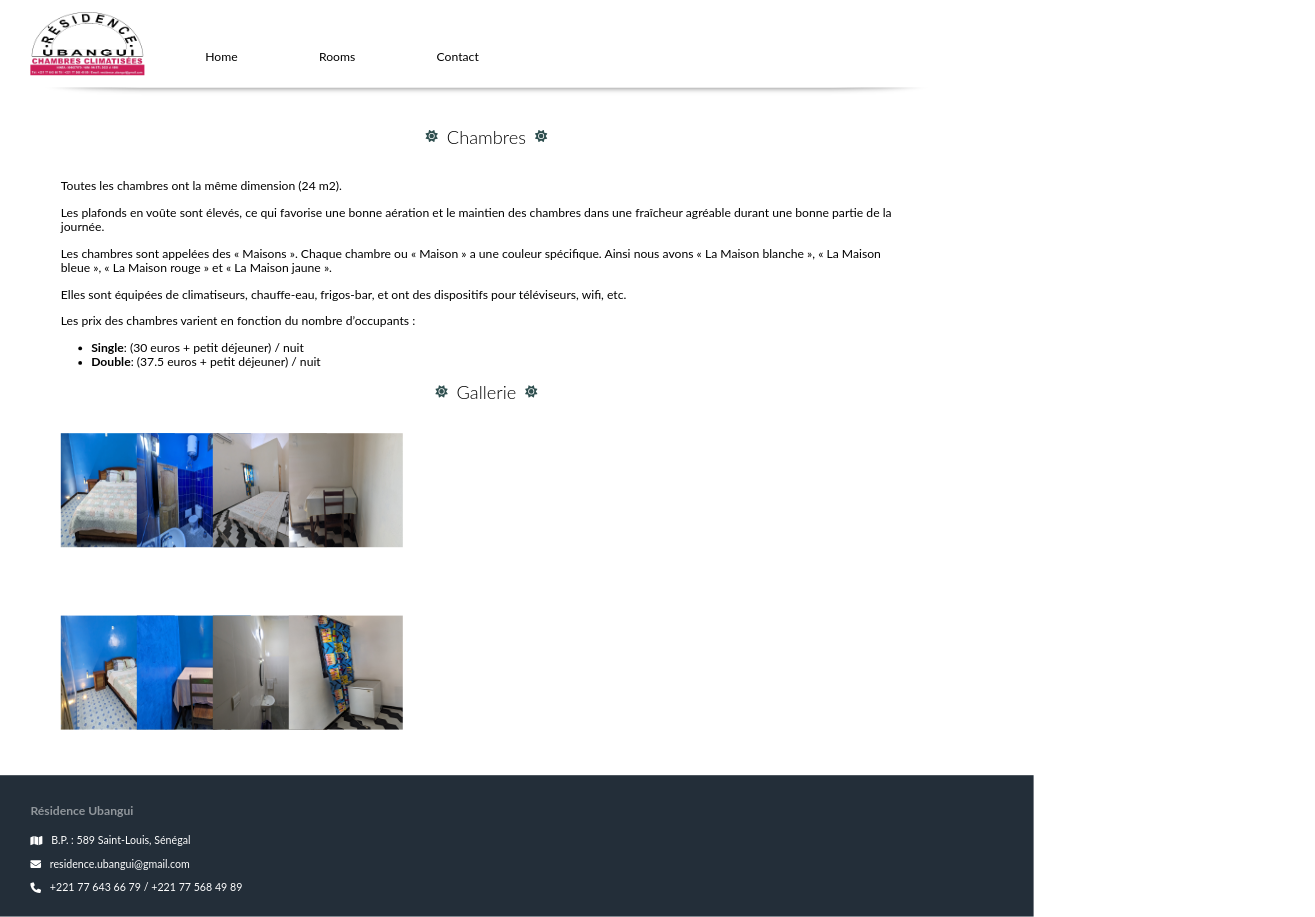
Repository: Nedjim/ubangui
Page: /rooms
An editor plug-in stored every save of this project. The page is shown before and after a run of saves, followed by the edit.
The browser window is 1280 px wide. The page is 1360 px wide, then 1730 px, so the pictures cover 1730 px, including what lies to the right of the window. The pictures show the whole page, at 76% of full size.
The project was rebuilt for these pictures with package versions that can differ from the ones it lists, and the page was loaded fresh each time. The framework's server and built-in components were replaced by stand-ins that run in the browser. Also part of the build but not shown: nuxt.config.ts, components/Carousel.vue, components/Test.vue, components/Title.vue.

Above is the page before, as saved 2024-01-14 14:08:35.

### components/Footer.vue
<script setup lang="ts">
const address = "B.P. : 589 Saint-Louis, Sénégal";
const mail = "residence.ubangui@gmail.com";
const phone_number = "+221 77 643 66 79 / +221 77 568 49 89";
</script>

<template>
  <div>
    <footer>
      <h4>Résidence Ubangui</h4>

      <div class="contact">
        <p>
          <font-awesome-icon class="icon" icon="fa-solid fa-map" />
          {{ address }}
        </p>
        <p>
          <font-awesome-icon class="icon" icon="fa-solid fa-envelope" />

          {{ mail }}
        </p>
        <p>
          <font-awesome-icon class="icon" icon="fa-solid fa-phone" />
          {{ phone_number }}
        </p>
      </div>
    </footer>
  </div>
</template>

<style scoped lang="scss">
footer {
  width: 100%;
  padding: 16px 40px;
  margin-top: 80px;
  background: #232e39;
  color: rgba(255, 255, 255, 0.5);

  .contact {
    color: white;
    font-size: 14px;

    .icon {
      margin-right: 8px;
    }
  }
}
</style>

### components/Header.vue
<template>
  <header>
    <nav>
      <img class="logo" src="~/assets/img/logo.jpg" alt="logo-ubangui" />
      <ul>
        <li><NuxtLink to="/home">Home</NuxtLink></li>
        <li><NuxtLink to="/rooms">Rooms</NuxtLink></li>
        <li><NuxtLink to="/contact">Contact</NuxtLink></li>
      </ul>
    </nav>
  </header>
</template>

<style scoped lang="scss">
.logo {
  width: 150px;
}

header {
  padding: 16px 40px;
}

nav {
  display: flex;
  ul {
    width: 30%;
    display: flex;
    justify-content: space-between;
    align-items: flex-end;
    margin-left: 40px;
    li {
      list-style-type: none;
      a {
        text-decoration: none;
        color: black;
      }
    }
  }
}
</style>

### components/PageTitle.vue
<script setup lang="ts">
const {title} = defineProps<{
  title: string
}>()
</script>

<template>
  <div class="title-wrapper">
    <font-awesome-icon class="icon" icon="fa-solid fa-sun" />
    <h2>{{ title }}</h2>
    <font-awesome-icon class="icon" icon="fa-solid fa-sun" />
  </div>
</template>

<style scoped lang="scss">

.title-wrapper {
  display: flex;
  justify-content: center;
  align-items: center;

  h2 {
    margin: 0 12px;
  }
}
.icon {
  color: darkslategray;
}
</style>

### components/Separator.vue
<template>
    <div>
        <div class="separator"></div>
    </div>
</template>

<style scoped lang="scss">
.separator {
  overflow: hidden;
  height: 20px;
}

.separator:after {
  content: '';
  display: block;
  width: 90%;
  height: 30px;
  margin: -30px auto 0;
  border-radius: 120px / 10px;
  box-shadow: 0px 0px 8px rgba(0,0,0,.6);
}
</style>

### plugins/fontawesome.js
import { library, config } from '@fortawesome/fontawesome-svg-core'
import { FontAwesomeIcon } from '@fortawesome/vue-fontawesome'
import { fas } from '@fortawesome/free-solid-svg-icons'

// This is important, we are going to let Nuxt worry about the CSS
config.autoAddCss = false

// You can add your icons directly in this plugin. See other examples for how you
// can add other styles or just individual icons.
library.add(fas)

export default defineNuxtPlugin((nuxtApp) => {
  nuxtApp.vueApp.component('font-awesome-icon', FontAwesomeIcon, {})
})

### app.vue
<script setup lang="ts">
useHead({
  title: "Residence Ubangui",
  meta: [{ name: "Residence Ubangui", content: "Sénégal" }],
  bodyAttrs: {
    class: "test",
  },
});
</script>
<template>
  <div>
    <Header />
    <Separator />
    <NuxtPage />
    <Footer />
  </div>
</template>

<style lang="scss">
body {
  font-family: Lato,sans-serif;
  margin: 0;

  h2 {
    font-weight: 300;
  }
}
</style>

### pages/rooms.vue
<script setup lang="ts">
const conversion_cfa_euros = 0.0015;
const room_single_cfa = 20000;
const room_double_cfa = 25000;
const room_single_euros = `${room_single_cfa * conversion_cfa_euros} euros`;
const room_double_euros = `${room_double_cfa * conversion_cfa_euros} euros`;

const rooms_paragraph_1 = "Toutes les chambres ont la même dimension (24 m2).";
const rooms_paragraph_2 =
  "Les plafonds en voûte sont élevés, ce qui favorise une bonne aération et le maintien des chambres dans une fraîcheur agréable durant une bonne partie de la journée.";
const rooms_paragraph_3 =
  "Les chambres sont appelées des « Maisons ». Chaque chambre ou « Maison » a une couleur spécifique. Ainsi nous avons « La  Maison blanche », « La Maison bleue », « La Maison rouge » et « La Maison jaune ».";
const rooms_paragraph_4 =
  "Elles sont équipées de climatiseurs, chauffe-eau, frigos-bar,  et ont des dispositifs  pour téléviseurs, wifi, etc.";
const rooms_paragraph_5 =
  "Les prix des chambres varient en fonction du nombre  d’occupants :";

const room_single_title = "Single";
const room_single_details = `(${room_single_euros} + petit déjeuner) / nuit`;
const room_double_title = "Double";
const room_double_details = `(${room_double_euros} + petit déjeuner) / nuit`;
</script>

<template>
  <div class="rooms-wrapper">
    <PageTitle title="Chambres" />
    <div class="content">
      <p>{{ rooms_paragraph_1 }}</p>
      <p>{{ rooms_paragraph_2 }}</p>
      <p>{{ rooms_paragraph_3 }}</p>
      <p>{{ rooms_paragraph_4 }}</p>
      <p>{{ rooms_paragraph_5 }}</p>

      <ul>
        <li>
          <span class="room_title">{{ room_single_title }}</span
          >: {{ room_single_details }}
        </li>
        <li>
          <span class="room_title">{{ room_double_title }}</span
          >: {{ room_double_details }}
        </li>
      </ul>

      <PageTitle title="Gallerie" />
      <div class="gallery">
        <img src="~/assets/img/room-blue-bed-1.jpg" alt="room-blue-bed-1" />
        <img src="~/assets/img/room-blue-bed-2.jpg" alt="room-blue-bed-2" />
        <img
          src="~/assets/img/room-blue-bathroom.jpg"
          alt="room-blue-bathroom"
        />
        <img src="~/assets/img/room-blue-desk.jpg" alt="room-blue-desk" />
        <img src="~/assets/img/room-white-bed.jpg" alt="room-white-bed" />
        <img
          src="~/assets/img/room-white-bathroom.jpg"
          alt="room-white-bathroom"
        />
        <img src="~/assets/img/room-white-desk.jpg" alt="room-white-desk" />
        <img src="~/assets/img/room-white-fridge.jpg" alt="room-white-fridge" />
      </div>
    </div>
  </div>
</template>

<style scoped lang="scss">
.rooms-wrapper {
  padding: 30px 80px;

  .content {
    margin: 40px 0;

    .room_title {
      font-weight: bold;
    }

    .gallery {
      display: grid;
      grid: repeat(2, 80%) / auto-flow 100px;
      margin-top: 40px;

      img {
        width: 150px;
        height: 150px;
      }
    }
  }
}
</style>

After the next 2 saves:
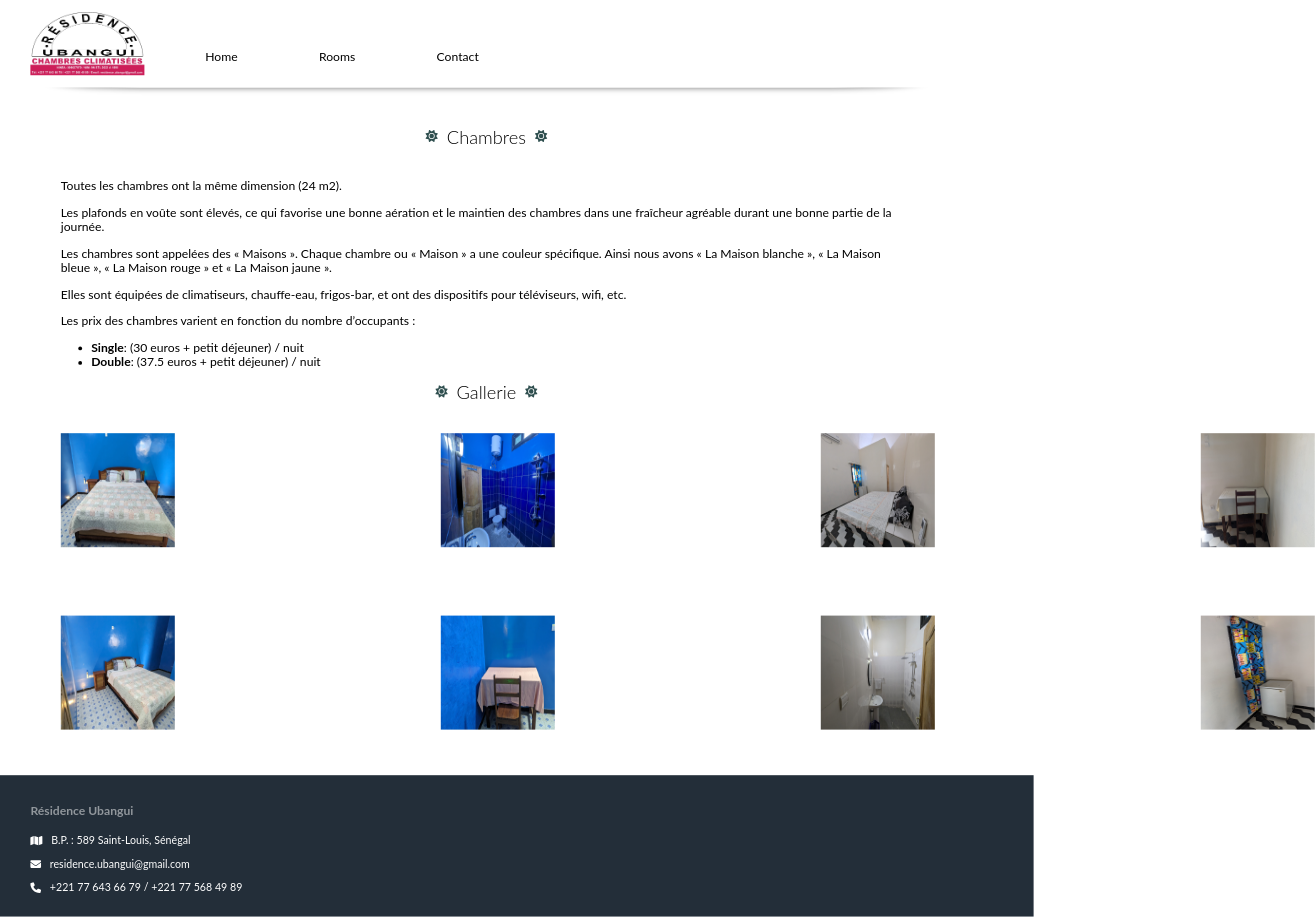
The 2 saves are shown as one change because they came seconds apart.
The last was saved 8 s later.
--- a/pages/rooms.vue
+++ b/pages/rooms.vue
@@ -76,7 +76,7 @@
 
     .gallery {
       display: grid;
-      grid: repeat(2, 80%) / auto-flow 100px;
+      grid: repeat(2, 80%) / auto-flow 500px;
       margin-top: 40px;
 
       img {
